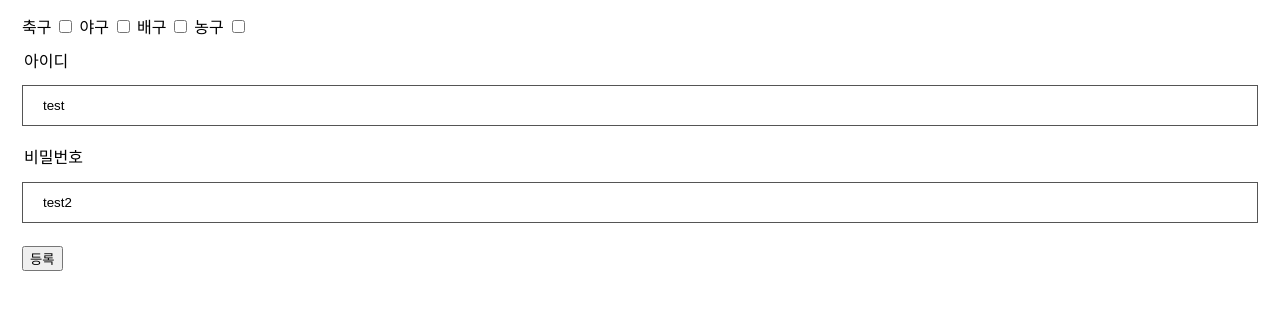
Repository: mireu930/Serverlet_App
Page: src/build/classes/webapp/template/sample_form.html
The author's editor kept a copy of each file at every save. The page is drawn from the files as they stood at one save, then again after the next save.
The browser window is 1280 px wide. The pictures show the whole page.

Above is the page before, as saved 2025-02-07 16:27:33.

After the next save:
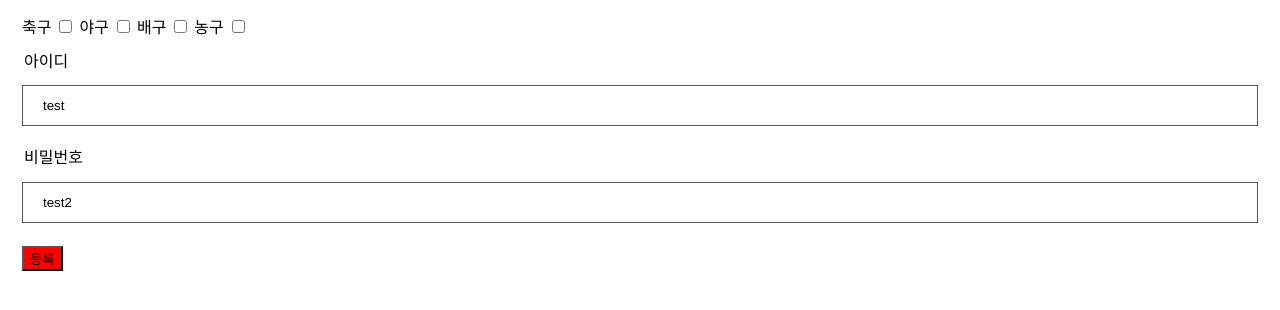
Saved 17 s later.
--- a/src/build/classes/webapp/template/sample_form.html
+++ b/src/build/classes/webapp/template/sample_form.html
@@ -23,6 +23,7 @@
 
     input[type=submit]{
       margin: 0 auto;
+      background-color: red
     }
   </style>
 </head>
